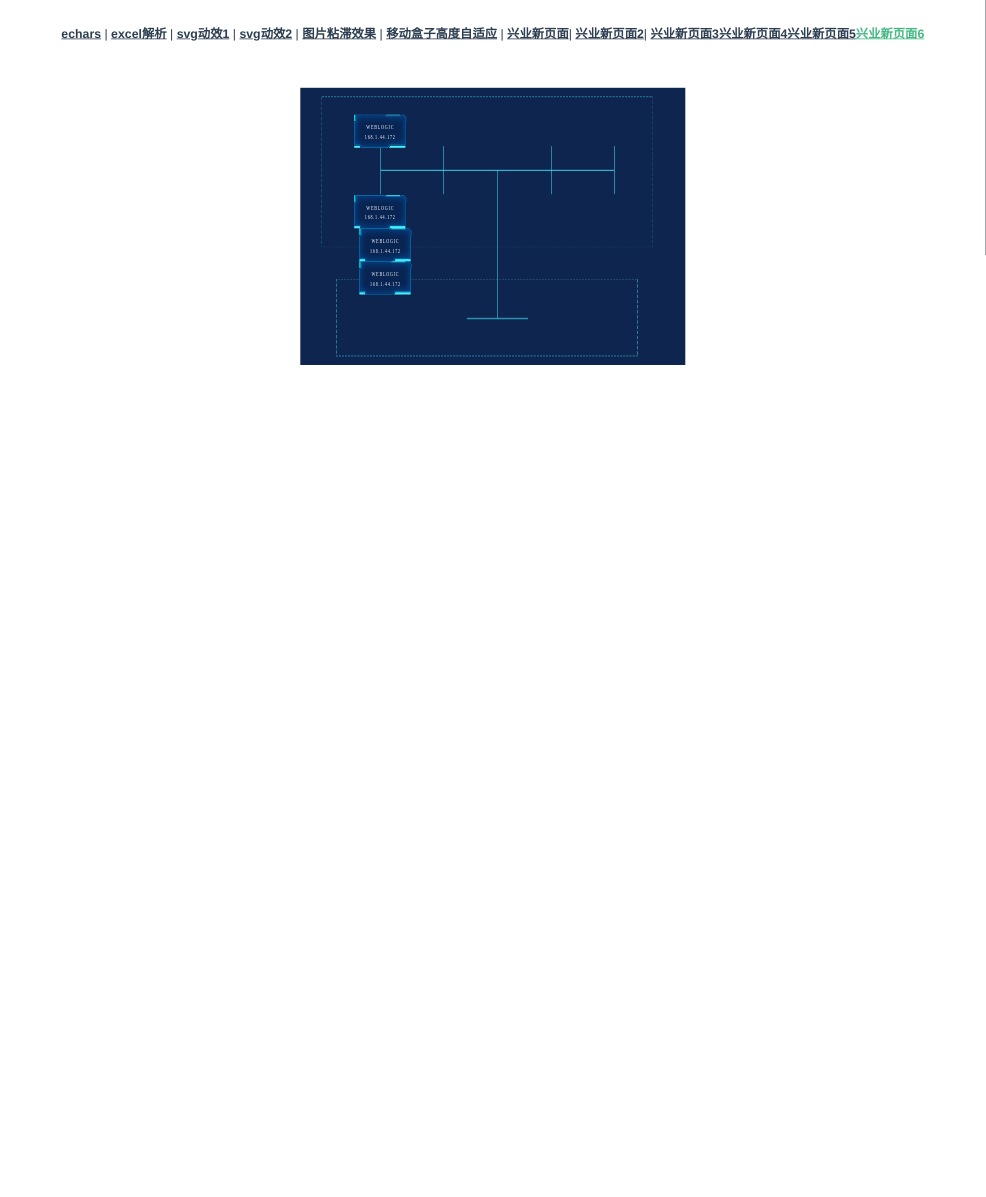
Repository: dmj199811/animation-dmj
Page: /#/work-page8
The author's editor kept a copy of each file at every save. The page is drawn from the files as they stood at one save, then again after the next save.
The browser window is 1280 px wide. The pictures show the whole page, at 77% of full size.
The project was rebuilt for these pictures with package versions that can differ from the ones it lists, and the page was loaded fresh each time.

Above is the page before, as saved 2020-07-03 17:31:43.

After the next save:
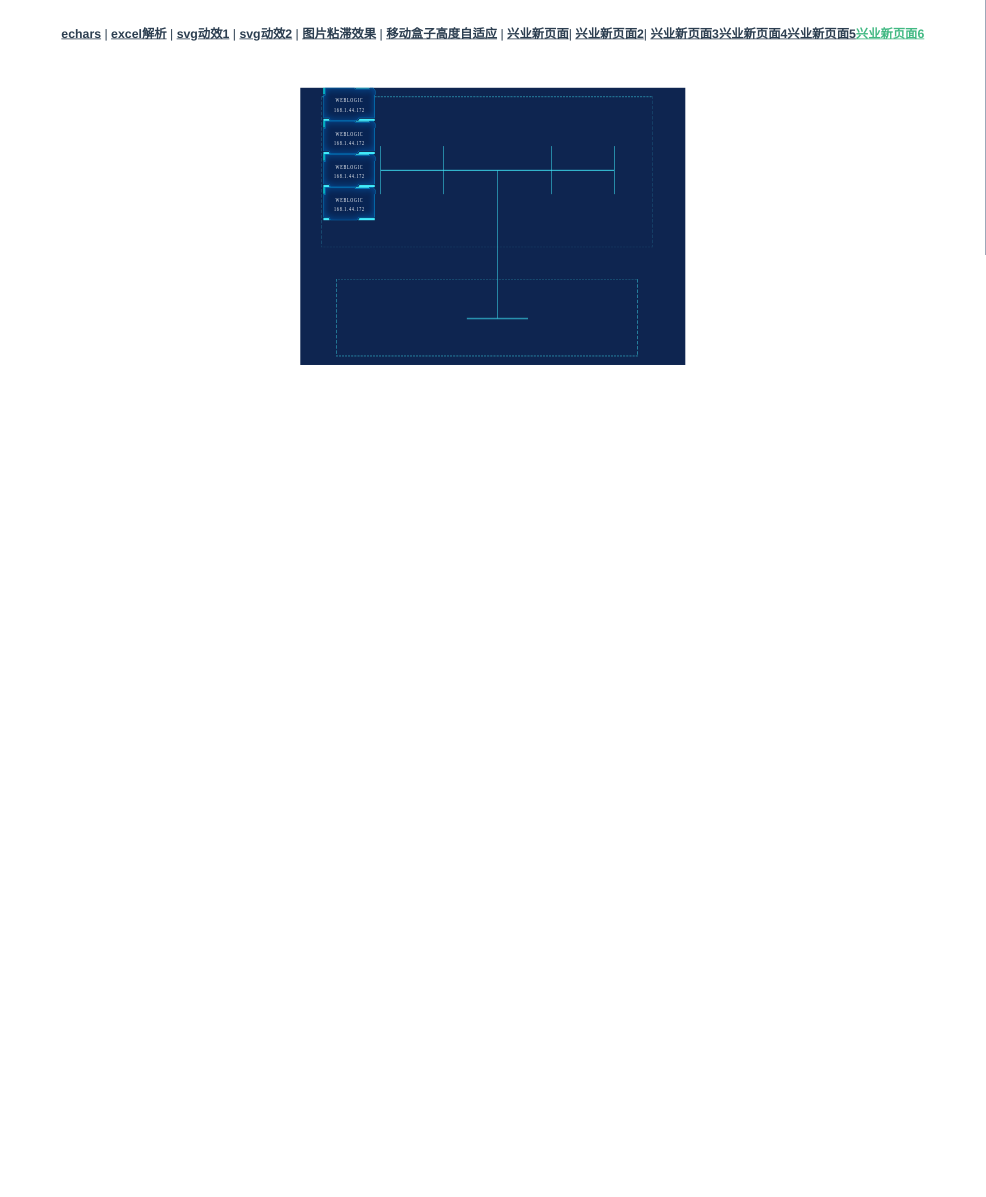
Saved 2 min 21 s later.
--- a/src/views/newPage6/index.vue
+++ b/src/views/newPage6/index.vue
@@ -109,8 +109,7 @@ export default {
   // background-color: #e9e9;
   width: 500px;
   height: 305px;
-  margin-left: 140px;
-  margin-top: 40px;
+
 
 }
 
@@ -138,21 +137,7 @@ export default {
 .use-box-top-item div {
   width: 100%;
 }
-.web1 {
-  margin-top: 30px;
-  margin-left: -20px;
-}
-.web2 {
-  margin-top: 123px;
-  margin-left: -20px;
-}
-.web3 {
-  margin-top: 0px;
-  margin-left: 0px;
-}
-.web4 {
-  margin-bottom: 100px;
-}
+
 
 
 </style>
